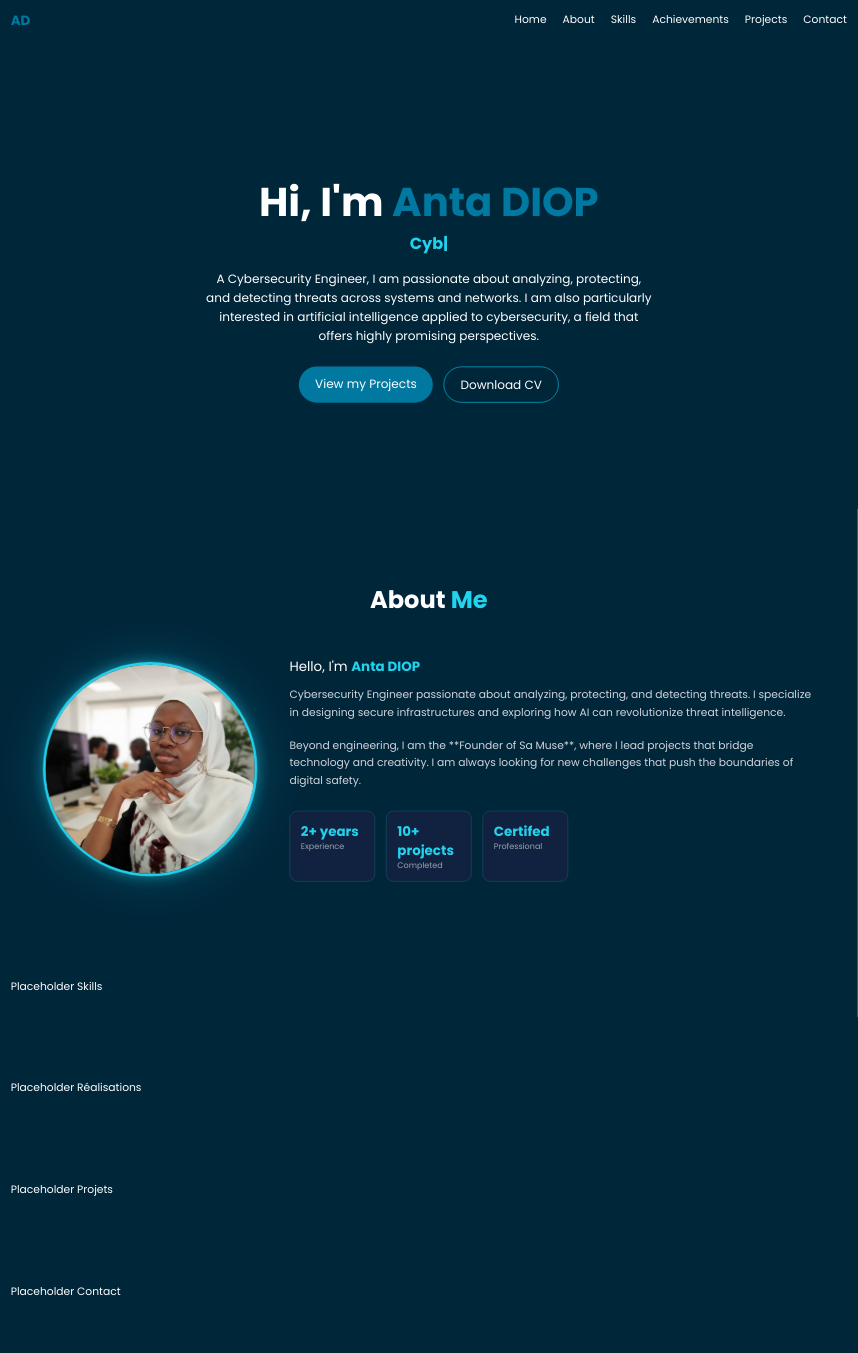
Repository: AntaaaKD/Mon-Portfolio
Page: /
An editor plug-in stored every save of this project. The page is shown before and after a run of saves, followed by the edit.
The browser window is 1280 px wide. The pictures show the whole page, at 67% of full size.
The project was rebuilt for these pictures with package versions that can differ from the ones it lists, and the page was loaded fresh each time.

Above is the page before, as saved 2026-01-14 22:39:37.

### public/index.html
<!DOCTYPE html>
<html lang="en">
  <link href="https://fonts.googleapis.com/css2?family=Poppins:wght@400;600;700&display=swap" rel="stylesheet">
  <head>
    <meta charset="utf-8" />
    <link rel="icon" href="%PUBLIC_URL%/favicon.ico" />
    <meta name="viewport" content="width=device-width, initial-scale=1" />
    <meta name="theme-color" content="#000000" />
    <meta
      name="description"
      content="Web site created using create-react-app"
    />
    <link rel="apple-touch-icon" href="%PUBLIC_URL%/logo192.png" />
    <!--
      manifest.json provides metadata used when your web app is installed on a
      user's mobile device or desktop. See https://developers.google.com/web/fundamentals/web-app-manifest/
    -->
    <link rel="manifest" href="%PUBLIC_URL%/manifest.json" />
    <!--
      Notice the use of %PUBLIC_URL% in the tags above.
      It will be replaced with the URL of the `public` folder during the build.
      Only files inside the `public` folder can be referenced from the HTML.

      Unlike "/favicon.ico" or "favicon.ico", "%PUBLIC_URL%/favicon.ico" will
      work correctly both with client-side routing and a non-root public URL.
      Learn how to configure a non-root public URL by running `npm run build`.
    -->
    <title>React App</title>
  </head>
  <body>
    <noscript>You need to enable JavaScript to run this app.</noscript>
    <div id="root"></div>
    <!--
      This HTML file is a template.
      If you open it directly in the browser, you will see an empty page.

      You can add webfonts, meta tags, or analytics to this file.
      The build step will place the bundled scripts into the <body> tag.

      To begin the development, run `npm start` or `yarn start`.
      To create a production bundle, use `npm run build` or `yarn build`.
    -->
  </body>
</html>

### src/index.css
@tailwind base;
@tailwind components;
@tailwind utilities;

body {
  margin: 0;
  font-family: 'Poppins', sans-serif;
  -webkit-font-smoothing: antialiased;
  -moz-osx-font-smoothing: grayscale;
}

code {
  font-family: source-code-pro, Menlo, Monaco, Consolas, 'Courier New',
    monospace;
}

### src/App.js
import React from 'react';
import Navbar from './components/Navbar';
import Home from './components/Home';  // Ajoute cet import
import About from './components/About';

function App() {
  return (
    <div className="min-h-screen bg-custom-blue text-white">
      <Navbar />
      <main className="container mx-auto p-4">
        <Home />  {/* Remplace le placeholder */}
        <About />
        <section id="skills" className="py-16">Placeholder Skills</section>
        <section id="achievements" className="py-16">Placeholder Réalisations</section>
        <section id="projects" className="py-16">Placeholder Projets</section>
        <section id="contact" className="py-16">Placeholder Contact</section>
      </main>
    </div>
  );
}

export default App;

### src/components/Navbar.jsx
import React, { useState, useEffect } from 'react';

const Navbar = () => {
  const [scrolled, setScrolled] = useState(false);

  useEffect(() => {
    const handleScroll = () => {
      if (window.scrollY > 50) {
        setScrolled(true);
      } else {
        setScrolled(false);
      }
    };

    window.addEventListener('scroll', handleScroll);
    return () => window.removeEventListener('scroll', handleScroll);
  }, []);

  return (
    <nav
        className={`p-4 sticky top-0 z-10 transition-all duration-300 ${
            scrolled
            ? 'bg-custom-blue bg-opacity-0 backdrop-blur-md'  // Semi-transparent (30%) + blur fort
            : 'bg-custom-blue'  // Bleu solide au top
        }`}
    >
        <div className="container mx-auto flex justify-between items-center">
            <h1 className="text-xl font-bold text-blue-text">AD</h1>
            <ul className="flex space-x-6 text-white">
            <li><a href="#home" className="hover:text-cyan-300">Home</a></li>
            <li><a href="#about" className="hover:text-cyan-300">About</a></li>
            <li><a href="#skills" className="hover:text-cyan-300">Skills</a></li>
            <li><a href="#achievements" className="hover:text-cyan-300">Achievements</a></li>
            <li><a href="#projects" className="hover:text-cyan-300">Projects</a></li>
            <li><a href="#contact" className="hover:text-cyan-300">Contact</a></li>
            </ul>
        </div>
    </nav>
  );
};

export default Navbar;

### src/components/Home.jsx
import React, { useEffect, useRef } from 'react';
import Typed from 'typed.js';

const Home = () => {
  // Création d'une référence pour l'élément qui accueillera l'animation
  const el = useRef(null);

  useEffect(() => {
    const typed = new Typed(el.current, {
      strings: [
        "Cybersecurity Engineer",
        "Founder of Sa Muse",
      ],
      typeSpeed: 100,
      backSpeed: 90,
      loop: true,
    });

    // Nettoyage de l'animation pour éviter les bugs de mémoire
    return () => {
      typed.destroy();
    };
  }, []);

  return (
    <section id="home" className="flex flex-col items-center justify-center h-screen text-center px-4">
      <h1 className="text-6xl font-bold mb-4">
        Hi, I'm <span className="text-blue-text">Anta DIOP</span>
      </h1>

      {/* On applique la ref ici pour l'animation */}
      <h2 className="text-2xl font-bold text-cyan-400 mb-6 h-8">
        <span ref={el}></span>
      </h2>

      <p className="text-lg mb-8 max-w-2xl">
        A Cybersecurity Engineer, I am passionate about analyzing, protecting, and detecting threats across systems and networks.
        I am also particularly interested in artificial intelligence applied to cybersecurity, a field that offers highly promising perspectives.
      </p>

      <div className="flex space-x-4">
        <a href="#projects" className="bg-blue-text text-lg px-6 py-3 rounded-full hover:bg-cyan-400 transition">
            View my Projects
        </a>
        <a href="/cv.pdf" download className="px-6 py-3 rounded-full border border-cyan-500 text-lg hover:bg-cyan-500 hover:text-custom-blue transition">
            Download CV
        </a>
      </div>
    </section>
  );
};

export default Home;

### src/components/About.jsx
import React from 'react';

const About = () => {
  return (
    <section id="about" className="py-20 px-4 bg-custom-blue text-white">
      <div className="max-w-6xl mx-auto">
        {/* Titre de la section */}
        <h2 className="text-4xl font-bold text-center mb-16">
          About <span className="text-cyan-400">Me</span>
        </h2>

        <div className="flex flex-col md:flex-row items-center justify-between gap-12">

          {/* Colonne Image avec l'effet de halo bleu */}
          <div className="relative w-64 h-64 md:w-80 md:h-80">
            <div className="absolute inset-0 rounded-full bg-cyan-400 opacity-20 blur-2xl animate-pulse"></div>
            <div className="relative w-full h-full rounded-full border-4 border-cyan-400 overflow-hidden shadow-[0_0_20px_rgba(34,211,238,0.5)]">
              <img
                src="/image.jpg"
                alt="Anta DIOP"
                className="w-full h-full object-cover"
              />
            </div>
          </div>

          {/* Colonne Texte */}
          <div className="flex-1 text-center md:text-left">
            <h3 className="text-xl mb-4">
              Hello, I'm <span className="text-cyan-400 font-bold">Anta DIOP</span>
            </h3>
            <p className="text-gray-300 mb-6 leading-relaxed">
              Cybersecurity Engineer passionate about analyzing, protecting, and detecting threats.
              I specialize in designing secure infrastructures and exploring how AI can revolutionize
              threat intelligence.
            </p>
            <p className="text-gray-300 mb-8 leading-relaxed">
              Beyond engineering, I am the **Founder of Sa Muse**, where I lead projects that
              bridge technology and creativity. I am always looking for new challenges that
              push the boundaries of digital safety.
            </p>

            {/* Cartes de statistiques (comme sur le modèle) */}
            <div className="flex flex-wrap justify-center md:justify-start gap-4">
              <div className="bg-[#112240] p-4 rounded-xl border border-cyan-900 w-32">
                <p className="text-cyan-400 font-bold text-xl">2+ years</p>
                <p className="text-xs text-gray-400">Experience</p>
              </div>
              <div className="bg-[#112240] p-4 rounded-xl border border-cyan-900 w-32">
                <p className="text-cyan-400 font-bold text-xl">10+ projects</p>
                <p className="text-xs text-gray-400">Completed</p>
              </div>
              <div className="bg-[#112240] p-4 rounded-xl border border-cyan-900 w-32">
                <p className="text-cyan-400 font-bold text-xl">Certifed</p>
                <p className="text-xs text-gray-400">Professional</p>
              </div>
            </div>
          </div>

        </div>
      </div>
    </section>
  );
};

export default About;

### tailwind.config.js
/** @type {import('tailwindcss').Config} */
module.exports = {
  content: [
    "./src/**/*.{js,jsx,ts,tsx}",
  ],
  theme: {
    extend: {
      colors: {
        'custom-blue': 'rgb(0, 38, 58)',  // Ton bleu exact ici
        'blue-text': 'rgb(1, 120, 160)',
      },
    },
  },
  plugins: [],
};

Loaded but not shown: src/index.js (common file); src/reportWebVitals.js (common file)

After the next 4 saves:
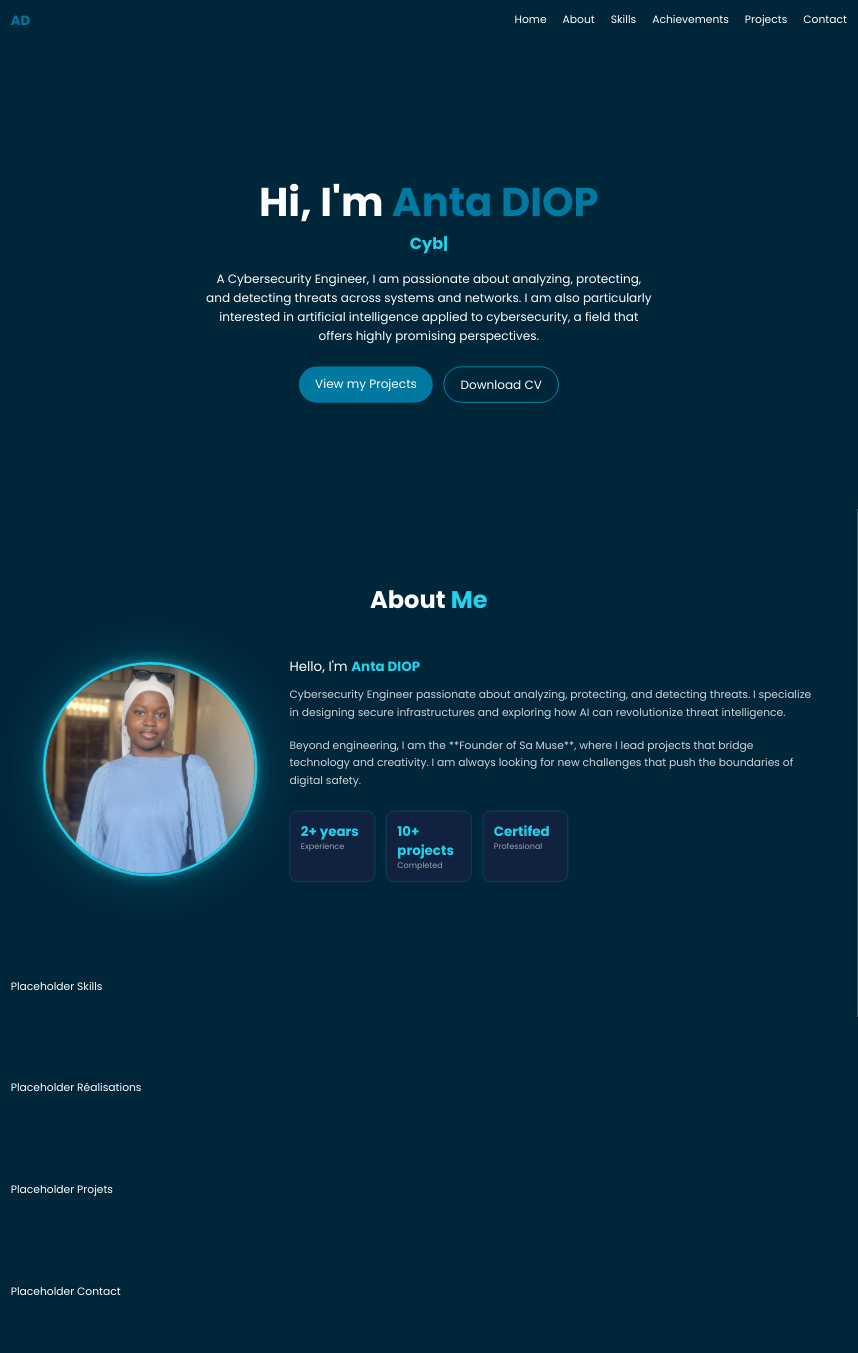
The 4 saves are shown as one change because they came seconds apart.
The last was saved 109 s later.
--- a/src/components/About.jsx
+++ b/src/components/About.jsx
@@ -16,7 +16,7 @@ const About = () => {
             <div className="absolute inset-0 rounded-full bg-cyan-400 opacity-20 blur-2xl animate-pulse"></div>
             <div className="relative w-full h-full rounded-full border-4 border-cyan-400 overflow-hidden shadow-[0_0_20px_rgba(34,211,238,0.5)]">
               <img
-                src="/image.jpg"
+                src="/image1.png"
                 alt="Anta DIOP"
                 className="w-full h-full object-cover"
               />
